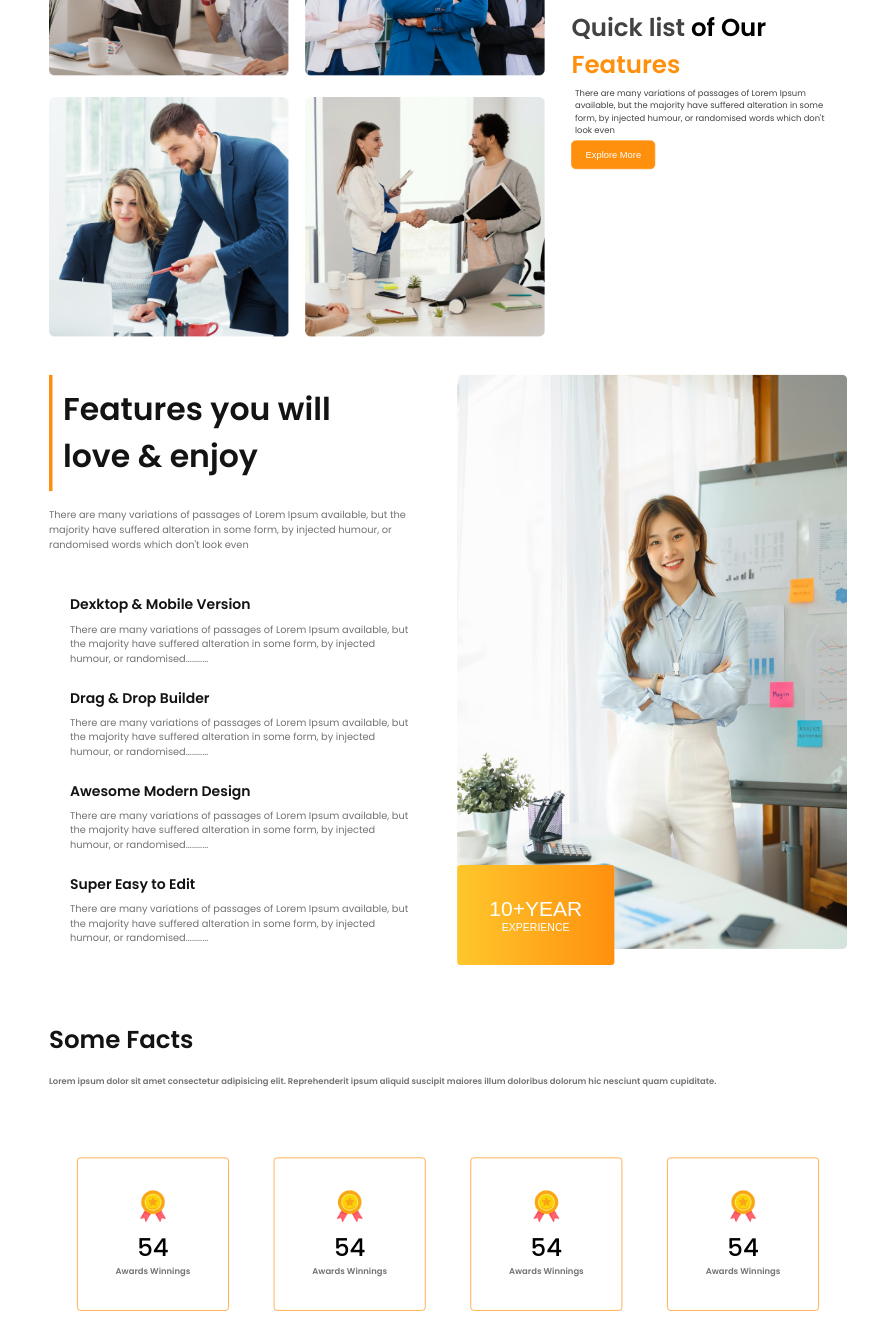
Repository: mdrubel02/G3_Architects
Page: index.html
The author's editor kept a copy of each file at every save. The page is drawn from the files as they stood at one save, then again after the next save.
The browser window is 1280 px wide. The pictures show the part of the page from y = 1212 to 3132 px (the page is 3132 px tall), at 70% of full size.

Above is the page before, as saved 2023-01-15 11:28:05.

After the next save:
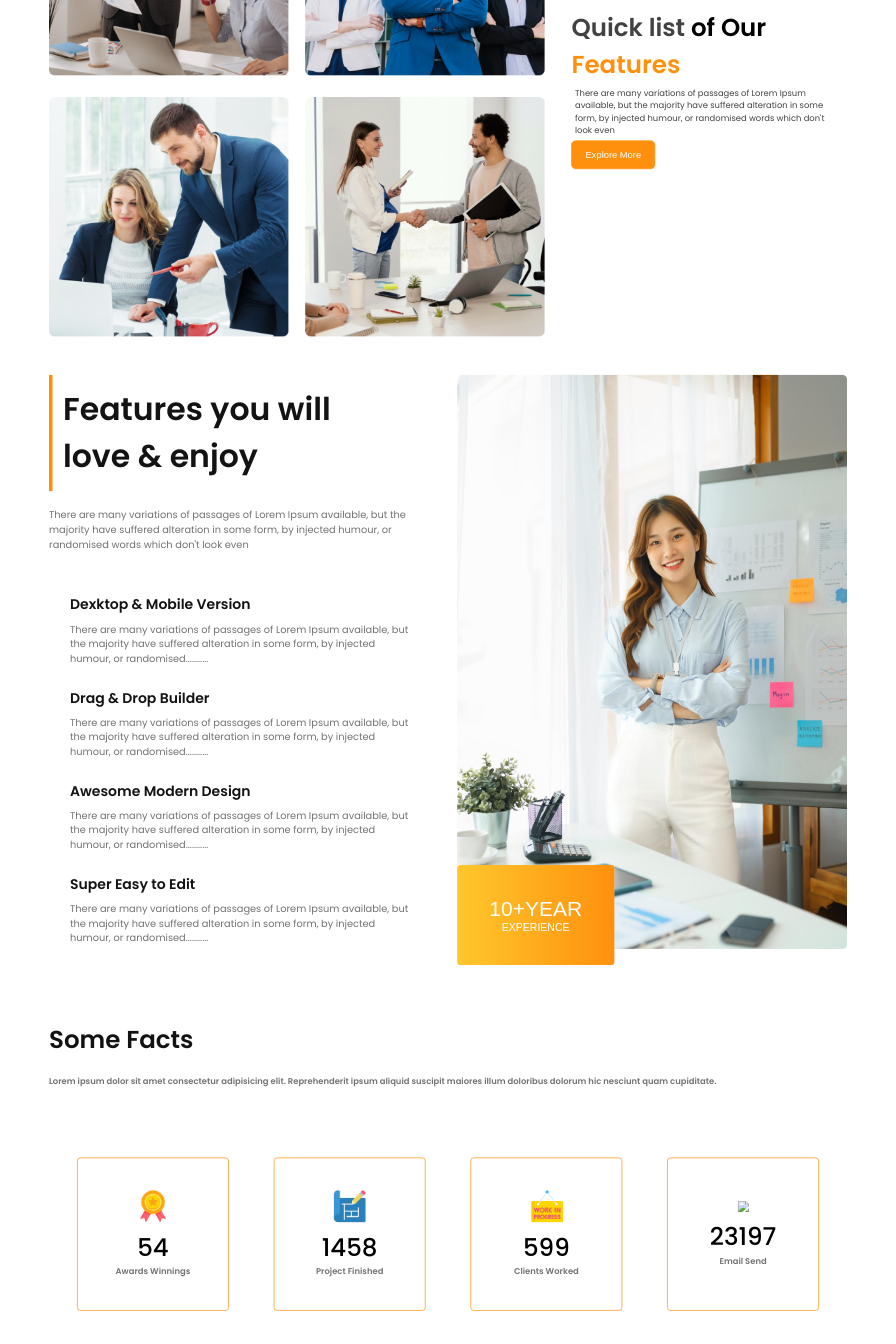
Not found: images/icons/email.png alt=
Saved 2 min 42 s later.
--- a/index.html
+++ b/index.html
@@ -102,19 +102,19 @@
                     <p>Awards Winnings</p>
                 </div>
                 <div class="award_items">
-                    <img src="./images/icons/ribon.png" alt="">
-                    <span>54</span>
-                    <p>Awards Winnings</p>
+                    <img src="./images/icons/projects.png" alt="">
+                    <span>1458</span>
+                    <p>Project Finished</p>
                 </div>
                 <div class="award_items">
-                    <img src="./images/icons/ribon.png" alt="">
-                    <span>54</span>
-                    <p>Awards Winnings</p>
+                    <img src="./images/icons/customers.png" alt="">
+                    <span>599</span>
+                    <p>Clients Worked</p>
                 </div>
                 <div class="award_items">
-                    <img src="./images/icons/ribon.png" alt="">
-                    <span>54</span>
-                    <p>Awards Winnings</p>
+                    <img src="./images/icons/email.png alt="">
+                    <span>23197</span>
+                    <p>Email Send</p>
                 </div>
             </div>
         </div>
